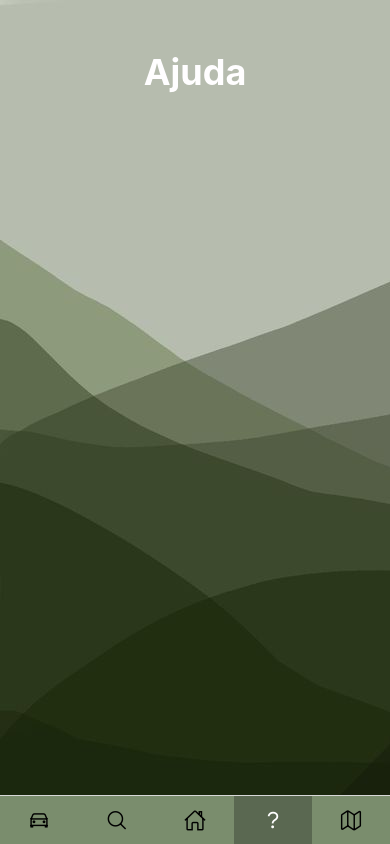
Repository: GabrielAron/EcoWheels
Screen: /Ajuda
These files come from the project's save history. The screen is drawn as it stood at one moment and after a run of saves; the edit follows.
The app was drawn by React Native's web renderer in a window 390 px wide. The project was rebuilt for these pictures with package versions that can differ from the ones it lists, and the page was loaded fresh each time. Also part of the build but not shown: src/Paginas/Home/index.js, src/Paginas/Carros/index.js, src/Paginas/Mapa/index.js.

Above is the screen before, as saved 2023-11-07 13:26:33.

After the next 2 saves:
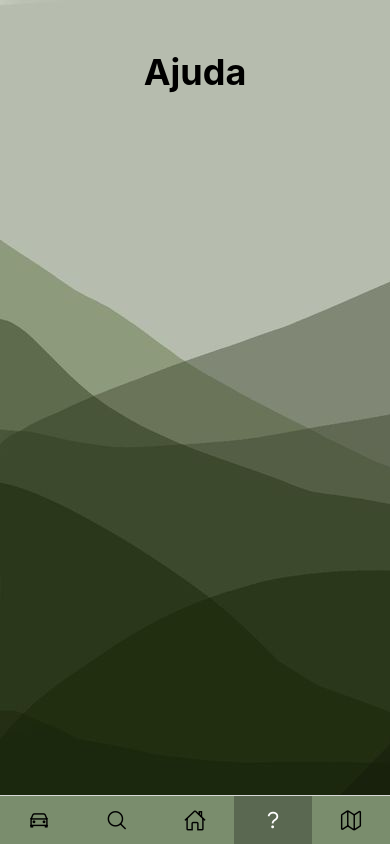
The 2 saves are shown as one change because they came seconds apart.
The last was saved 9 s later.
--- a/src/Paginas/Ajuda/index.js
+++ b/src/Paginas/Ajuda/index.js
@@ -24,7 +24,7 @@ const styles = StyleSheet.create({
     justifyContent: 'center',
   },
   text: {
-    color: '#fffeff',
+    color: '#00000',
     fontSize: 36,
     position: 'absolute',
     top: 50,
